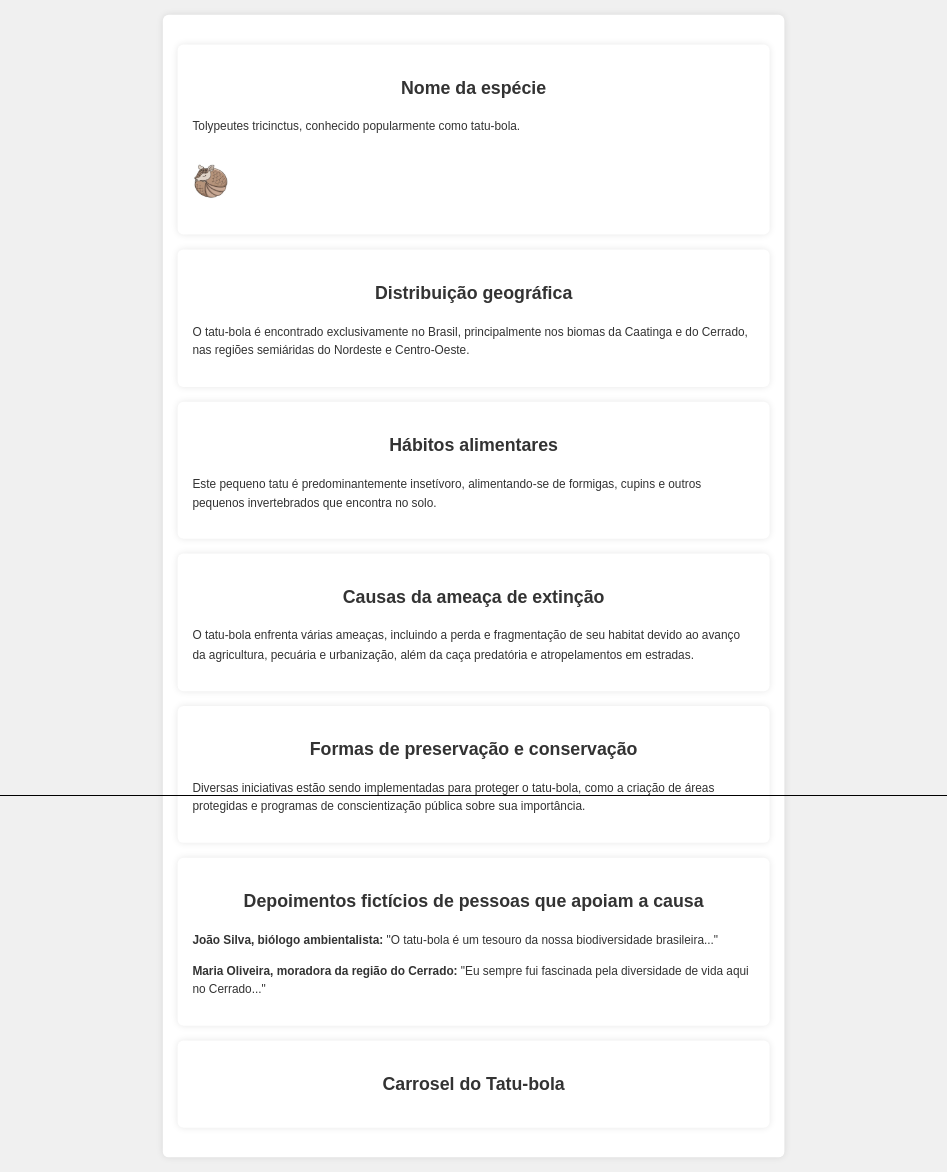
Repository: Gabrielb0rn/Tatu-bola.io
Page: index.html
An editor plug-in stored every save of this project. The page is shown before and after the next save, followed by the edit.
The browser window is 1280 px wide. The pictures show the part of the page from y = 300 to 2034 px (the page is 1884 px tall before and 2034 px after), at 74% of full size.

Above is the page before, as saved 2024-06-19 08:40:41.

### index.html
<!DOCTYPE html>
<html lang="pt-br">
<head>
    <meta charset="UTF-8">
    <meta name="viewport" content="width=device-width, initial-scale=1.0">
    <title>Projeto Tatu-bola - Tolypeutes tricinctus</title>
    <link rel="stylesheet" href="assets/style.css">
</head>
<body>
    <header>
        <h1>Projeto Tatu-bola - Tolypeutes tricinctus</h1>
    </header>

    <main class="container">
        <section class="container">
            <h2>Nome da espécie</h2>
            <p>Tolypeutes tricinctus, conhecido popularmente como tatu-bola.</p>
            <img src="resources/intro/tatu-bola.jpg" alt="Tatu-bola" height="50" width="50">
        </section>

        <section class="container">
            <h2>Distribuição geográfica</h2>
            <p>O tatu-bola é encontrado exclusivamente no Brasil, principalmente nos biomas da Caatinga e do Cerrado, nas regiões semiáridas do Nordeste e Centro-Oeste.</p>
        </section>

        <section class="container">
            <h2>Hábitos alimentares</h2>
            <p>Este pequeno tatu é predominantemente insetívoro, alimentando-se de formigas, cupins e outros pequenos invertebrados que encontra no solo.</p>
        </section>

        <section class="container">
            <h2>Causas da ameaça de extinção</h2>
            <p>O tatu-bola enfrenta várias ameaças, incluindo a perda e fragmentação de seu habitat devido ao avanço da agricultura, pecuária e urbanização, além da caça predatória e atropelamentos em estradas.</p>
        </section>

        <section class="container">
            <h2>Formas de preservação e conservação</h2>
            <p>Diversas iniciativas estão sendo implementadas para proteger o tatu-bola, como a criação de áreas protegidas e programas de conscientização pública sobre sua importância.</p>
        </section>

        <section class="container">
            <h2>Depoimentos fictícios de pessoas que apoiam a causa</h2>
            <p class="testimonial"><strong>João Silva, biólogo ambientalista:</strong> "O tatu-bola é um tesouro da nossa biodiversidade brasileira..."</p>
            <p class="testimonial"><strong>Maria Oliveira, moradora da região do Cerrado:</strong> "Eu sempre fui fascinada pela diversidade de vida aqui no Cerrado..."</p>
        </section>

        <section id="Carrosel" class="container">
            <h2>Carrosel do Tatu-bola</h2>
            <!-- Incompleto -->
        </section>
    </main>

    <script src="assets/scripts.js"></script>
</body>
</html>

### assets/style.css
body {
    font-family: Arial, sans-serif;
    background-color: #f0f0f0;
    color: #333;
    margin: 0;
    padding: 0;
    line-height: 1.6;
}

header {
    background: url('koenigsegg.jpg') no-repeat center center;
    background-size: cover;
    height: 300px;
    color: white;
    display: flex;
    justify-content: center;
    align-items: center;
    font-size: 2em;
    text-shadow: 2px 2px 4px #000;
    padding: 20px;
    box-sizing: border-box;
}

main {
    padding: 20px;
    margin-bottom: 60px;
}

section {
    margin-bottom: 40px;
}

h1, h2, h3, h4 {
    text-align: center;
}

img {
    margin: 20px 0;
    text-align: center;
}

figcaption {
    font-style: italic;
}

.container {
    max-width: 800px;
    margin: 20px auto;
    padding: 20px;
    background-color: white;
    box-shadow: 0 0 10px rgba(0, 0, 0, 0.1);
    border-radius: 8px;
}

footer {
    background-color: #333;
    color: #ffffff;
    text-align: center;
    padding: 10px;
    width: 90%;
    margin: 0 auto;
    bottom: 0;
}

a {
    color: #0066cc;
    text-decoration: none;
}

a:hover {
    text-decoration: underline;
}

.text-image-right {
    display: flex;
    flex-wrap: wrap;
    align-items: center;
    margin: 20px 0;
}

.text-image-right div {
    flex: 1;
    padding: 10px;
}

.text-image-right img {
    max-width: 300px;
    width: 100%;
    height: auto;
    flex: 1;
    margin: 10px;
}

@media (max-width: 768px) {
    .text-image-right {
        flex-direction: column;
        align-items: center;
    }
}

.about {
    text-align: center;
    font-size: 1.5em;
}

.centered-image {
    display: block;
    margin-left: auto;
    margin-right: auto;
}

Loaded but not shown: assets/scripts.js (no stored copy; drawn as an empty file)

After the next save:
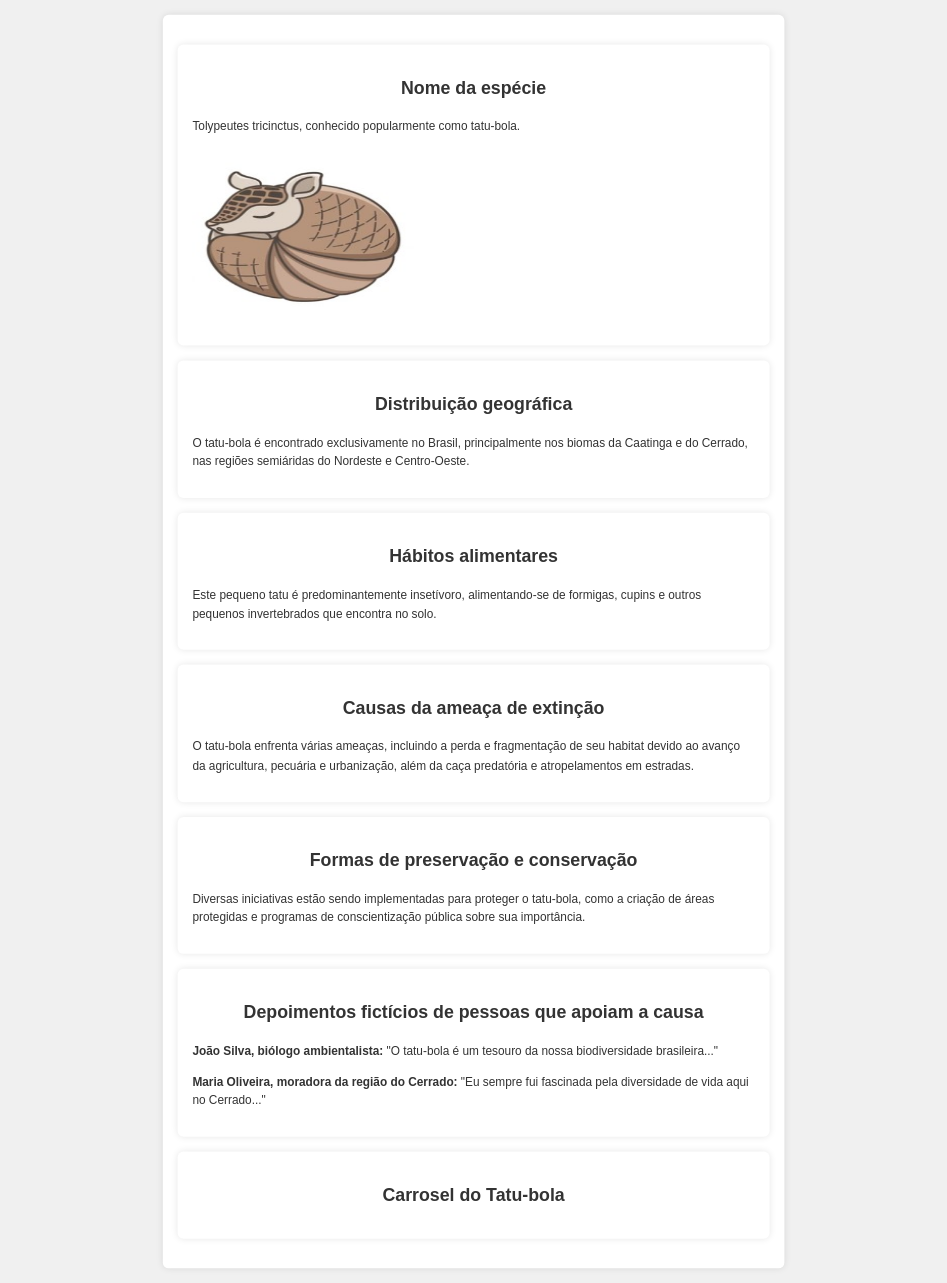
Saved 10 s later.
--- a/index.html
+++ b/index.html
@@ -15,7 +15,7 @@
         <section class="container">
             <h2>Nome da espécie</h2>
             <p>Tolypeutes tricinctus, conhecido popularmente como tatu-bola.</p>
-            <img src="resources/intro/tatu-bola.jpg" alt="Tatu-bola" height="50" width="50">
+            <img src="resources/intro/tatu-bola.jpg" alt="Tatu-bola" height="200" width="300">
         </section>
 
         <section class="container">
